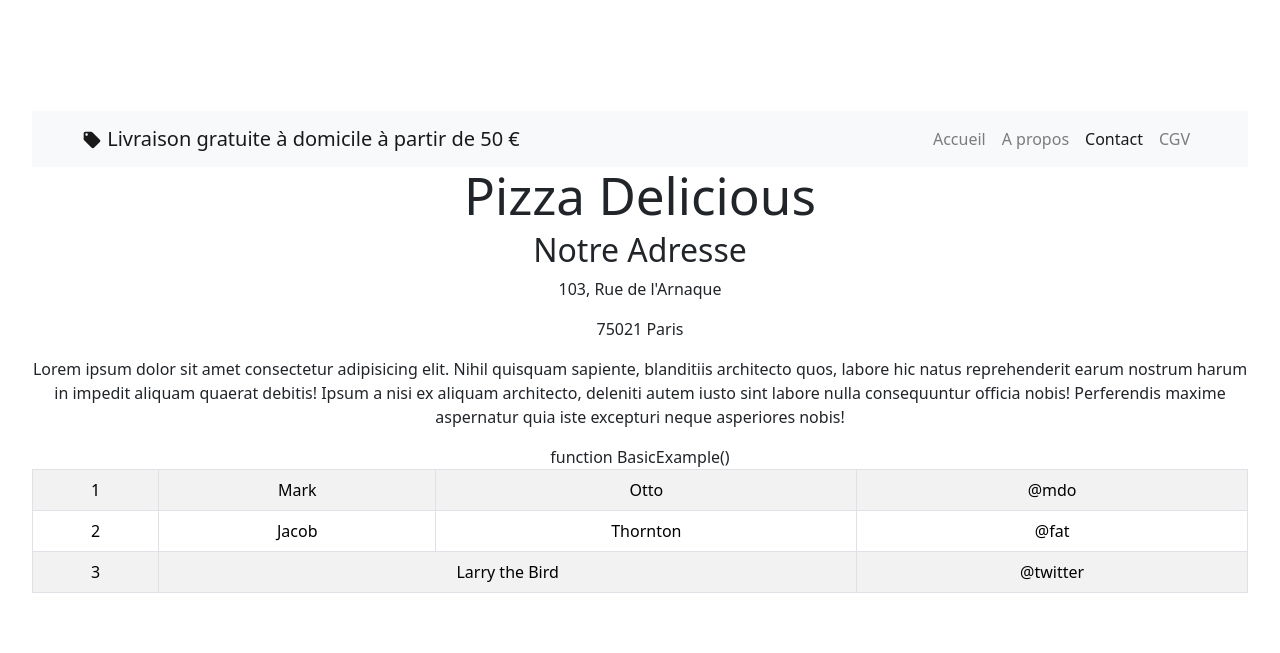
Repository: IchibanDZ/afpadev
Page: /contact (app in Desktop/dev/Pizza/)
These files come from the project's save history. The page is drawn as it stood at one moment and after the next save; the edit follows.
The browser window is 1280 px wide. The pictures show the whole page.
The project was rebuilt for these pictures with package versions that can differ from the ones it lists, and the page was loaded fresh each time. Also part of the build but not shown: Desktop/dev/Pizza/vite.config.js, Desktop/dev/Pizza/src/components/header/header.css, Desktop/dev/Pizza/src/components/home/home.css, Desktop/dev/Pizza/src/components/about/About.css, Desktop/dev/Pizza/app_pizzeria/pizza-data.js, Desktop/dev/Pizza/src/components/about/About.jsx, Desktop/dev/Pizza/src/components/home/Home.jsx, Desktop/dev/Pizza/src/components/Apropos/Apropos.jsx and 1 more.

Above is the page before, as saved 2024-08-22 11:03:09.

After the next save:
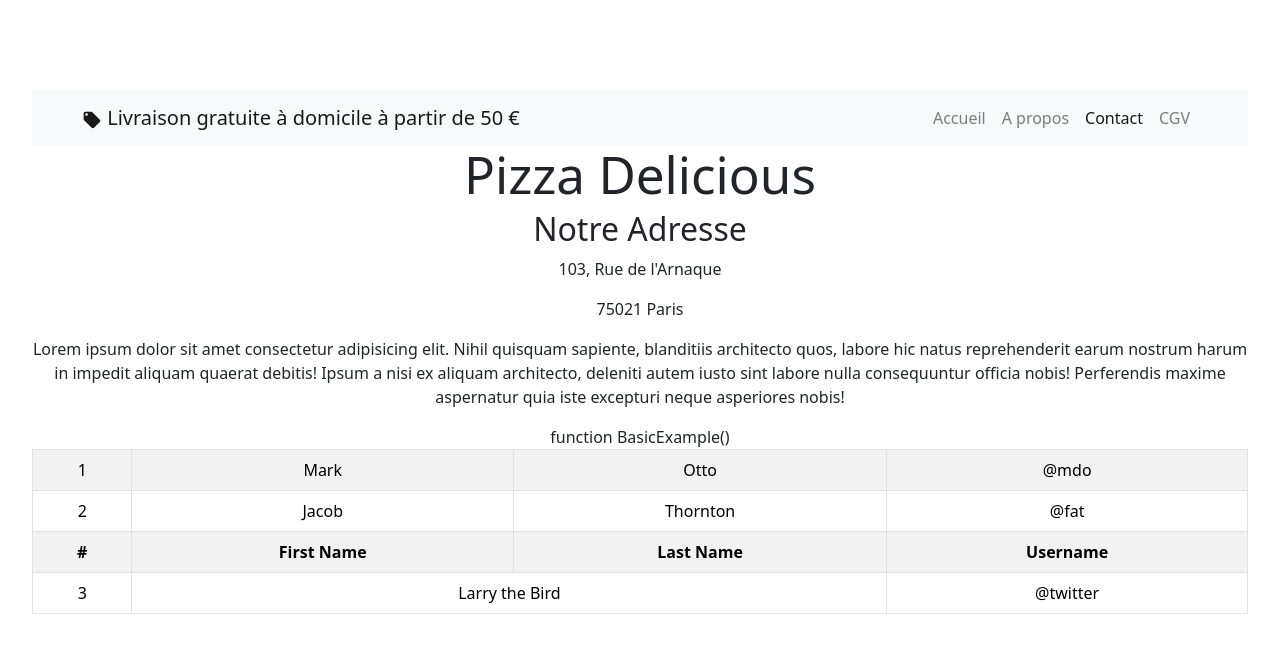
Saved 5 s later.
--- a/Desktop/dev/Pizza/src/components/contact/Contact.jsx
+++ b/Desktop/dev/Pizza/src/components/contact/Contact.jsx
@@ -29,6 +29,12 @@ const Contact = () => {
           <td>@fat</td>
         </tr>
         <tr>
+          <th>#</th>
+          <th>First Name</th>
+          <th>Last Name</th>
+          <th>Username</th>
+        </tr>
+        <tr>
           <td>3</td>
           <td colSpan={2}>Larry the Bird</td>
           <td>@twitter</td>
